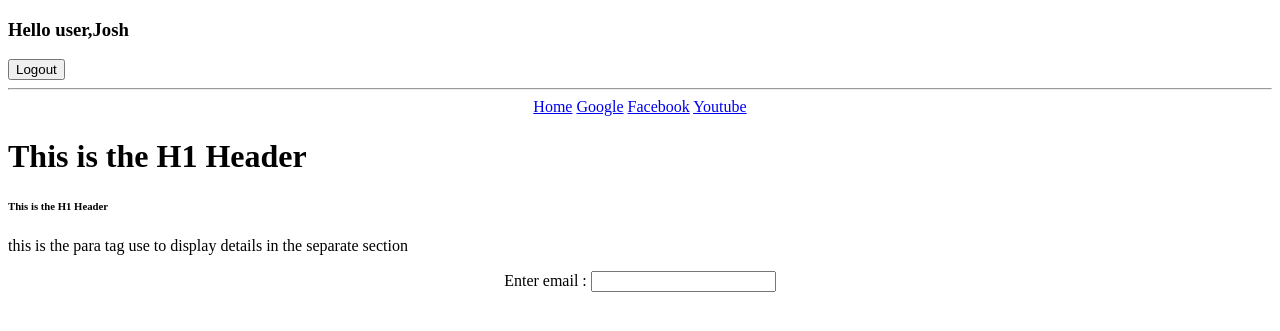
Repository: devandevare/Java
Page: Adv Java/Projects/first-web-app/src/main/webapp/demo.html
An editor plug-in stored every save of this project. The page is shown before and after the next save, followed by the edit.
The browser window is 1280 px wide. The pictures show the whole page.

Above is the page before, as saved 2022-09-25 05:49:10.

After the next save:
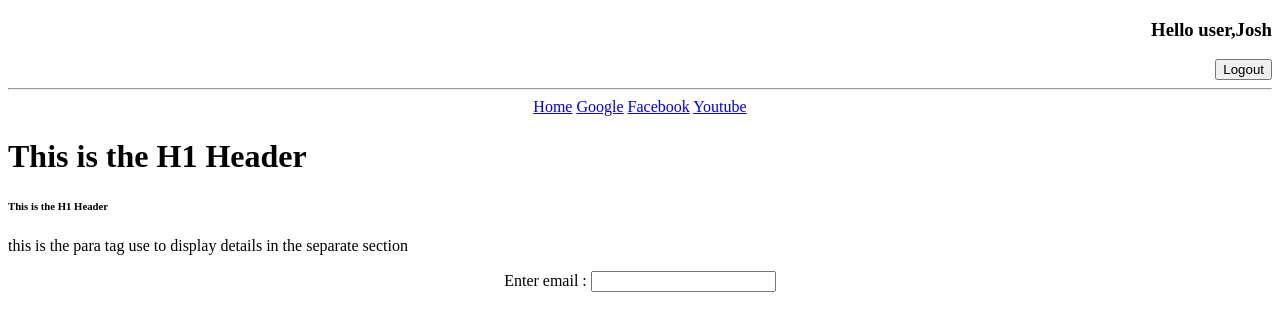
Saved 9 s later.
--- a/Adv Java/Projects/first-web-app/src/main/webapp/demo.html
+++ b/Adv Java/Projects/first-web-app/src/main/webapp/demo.html
@@ -5,7 +5,7 @@
 	<title> Html Revision</title>
 	</head>
 	<body>
-		<div aling="right">
+		<div align="right">
 			<h3>Hello user,Josh</h3>
 			<button>Logout</button>
 		</div>
